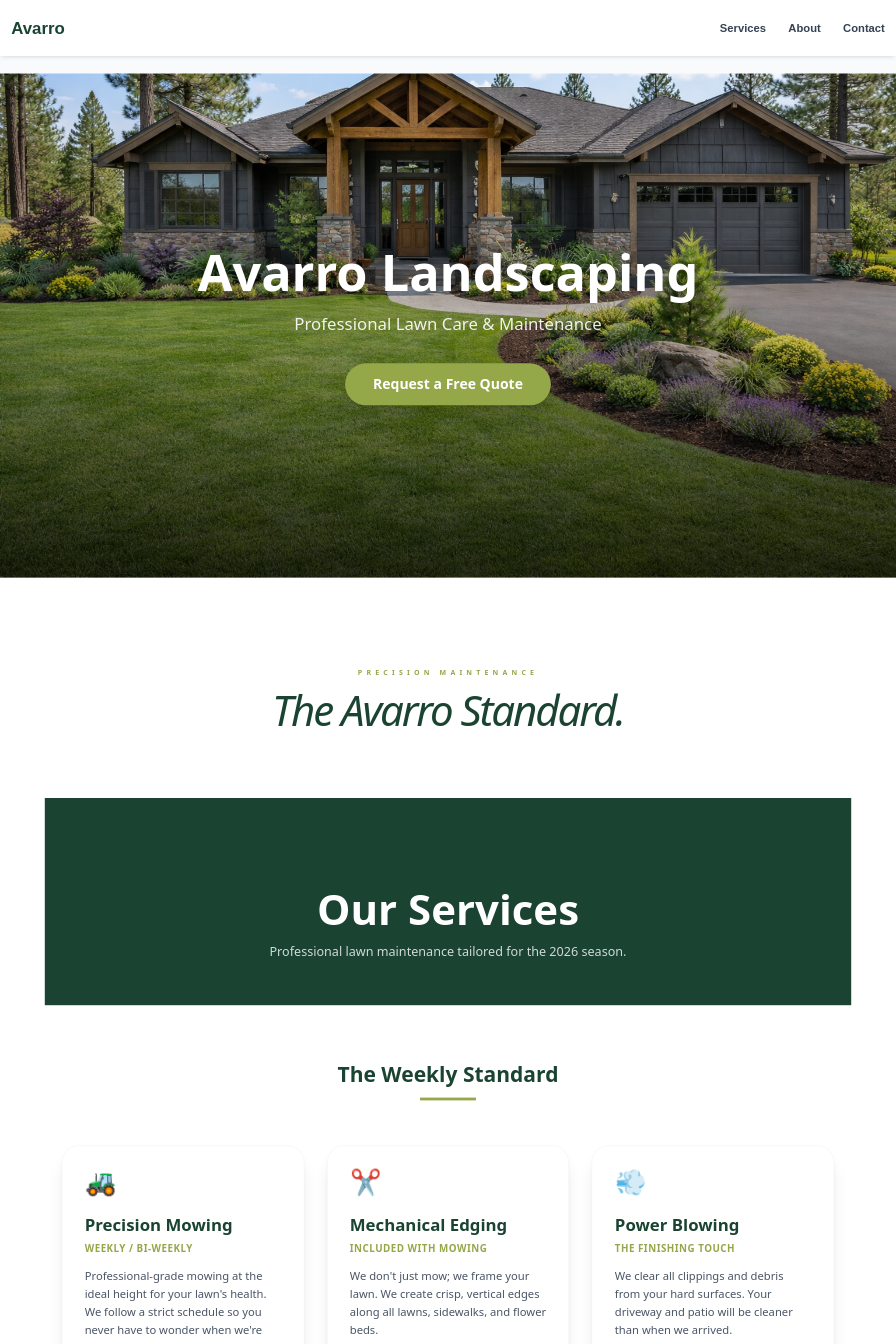
Repository: KalebMalone/Avarro
Page: /
An editor plug-in stored every save of this project. The page is shown before and after the next save, followed by the edit.
The browser window is 1280 px wide. The pictures show the part of the page from y = 0 to 1920 px (the page is 4369 px tall before and 4425 px after), at 70% of full size.
The project was rebuilt for these pictures with package versions that can differ from the ones it lists, and the page was loaded fresh each time. Also part of the build but not shown: vite.config.js, src/pages/ServicesPage.jsx, src/pages/About.jsx, src/pages/Contact.jsx.

Above is the page before, as saved 2026-01-28 16:49:29.

After the next save:
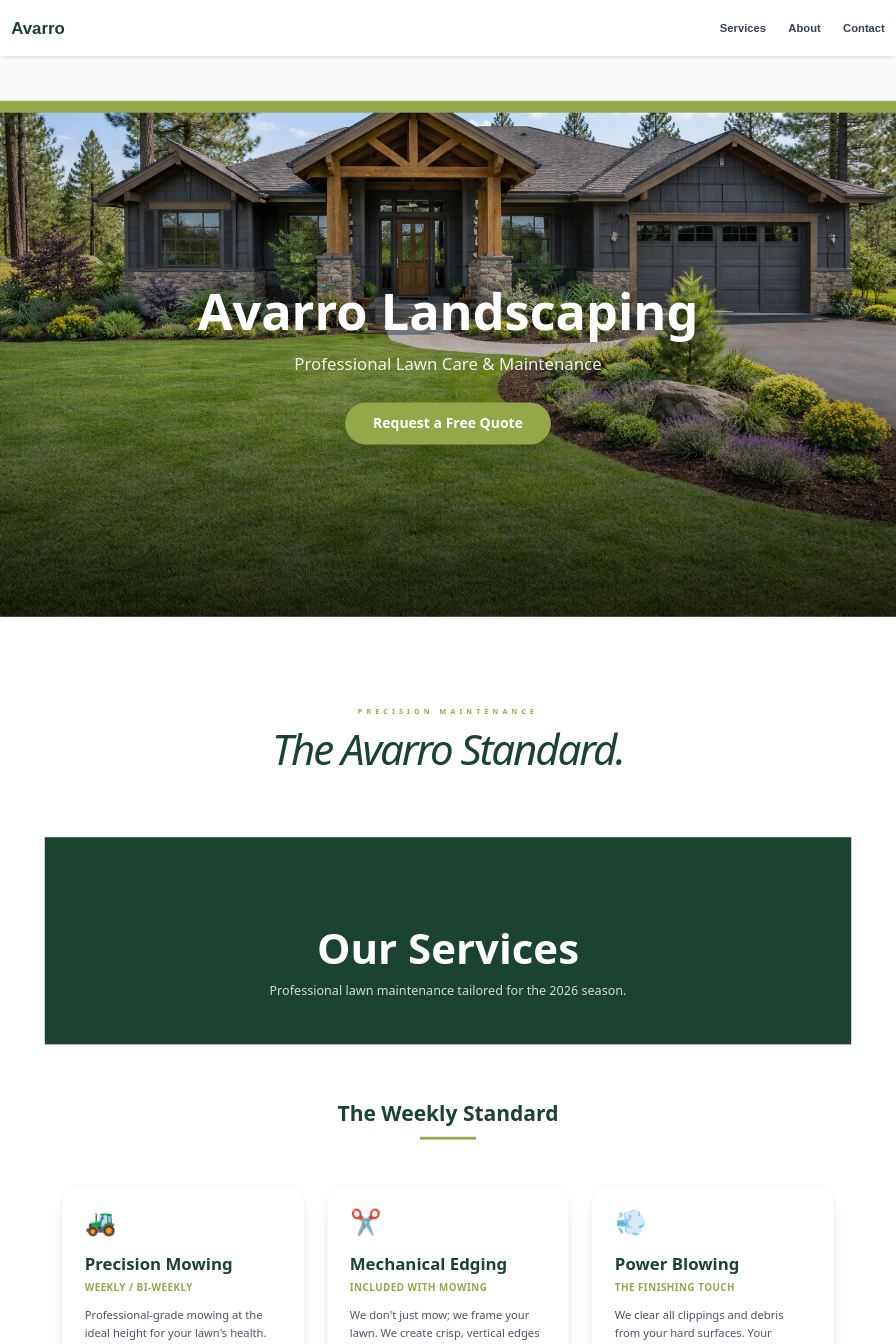
Saved 15 s later.
--- a/src/index.css
+++ b/src/index.css
@@ -8,31 +8,7 @@
     overflow-x: hidden;
     font-family: sans-serif;
 }
-
 input,
 textarea {
     font-size: 16px !important;
 }
-
-@keyframes marquee {
-    0% {
-        transform: translateX(0);
-    }
-
-    100% {
-        transform: translateX(-100%);
-    }
-}
-
-.animate-marquee-custom {
-    display: flex;
-    width: max-content;
-    /* This prevents stretching */
-    animation: marquee 30s linear infinite;
-}
-
-.marquee-container {
-    overflow: hidden;
-    display: flex;
-    white-space: nowrap;
-}
